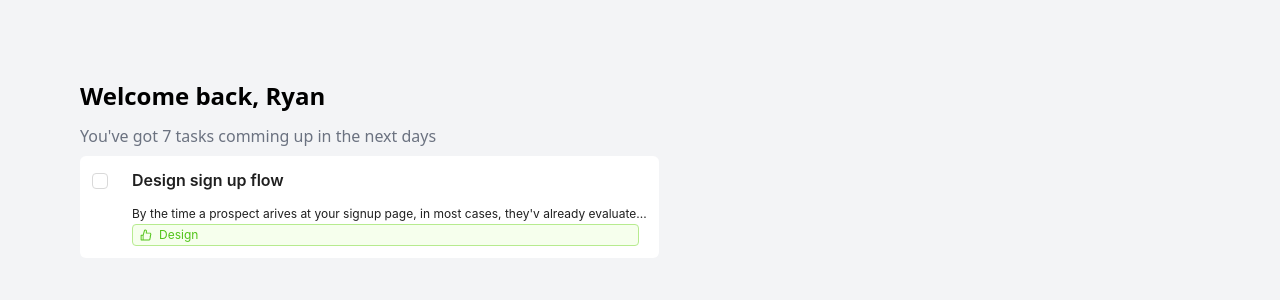
Repository: daohuyhoang9119/TodoApp
Page: /
These files come from the project's save history. The page is drawn as it stood at one moment and after the next save; the edit follows.
The browser window is 1280 px wide. The pictures show the whole page.
The project was rebuilt for these pictures with package versions that can differ from the ones it lists, and the page was loaded fresh each time. Also part of the build but not shown: vite.config.ts, src/App.css.

Above is the page before, as saved 2023-02-22 10:54:21.

After the next save:
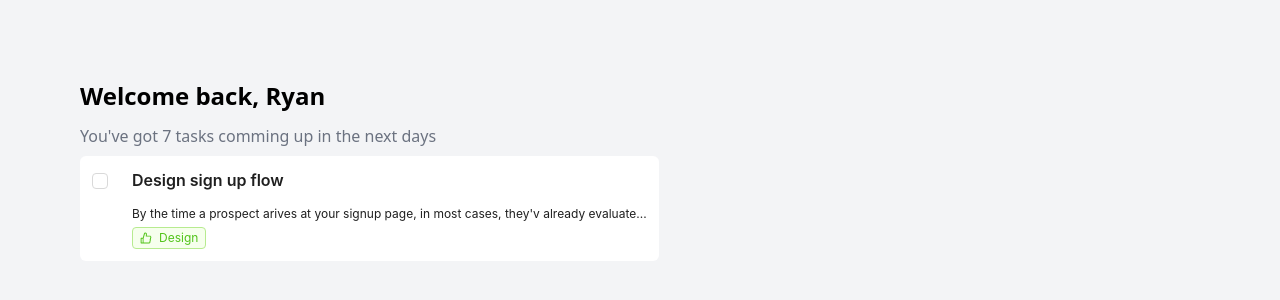
Saved 5 s later.
--- a/src/components/TaskItem/TaskItem.tsx
+++ b/src/components/TaskItem/TaskItem.tsx
@@ -17,7 +17,7 @@ function TaskItem() {
           they'v already evaluate...
         </Text>
         <div className="">
-          <Tag icon={<LikeOutlined />} color="success" className="flex ">
+          <Tag icon={<LikeOutlined />} color="success" className="">
             Design
           </Tag>
         </div>
